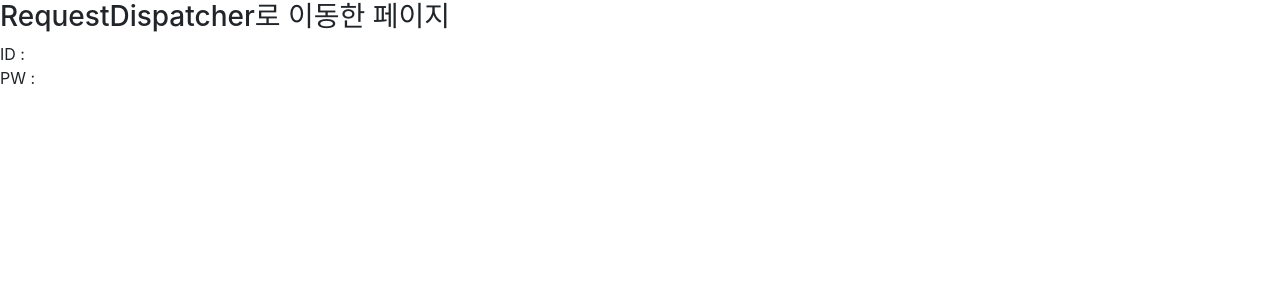
Repository: rasz60/ezen
Page: http://localhost/jsp_servlet_23_ex01/DEx
These files come from the project's save history. The page is drawn as it stood at one moment and after the next save; the edit follows.
The browser window is 1280 px wide. The pictures show the whole page.
Some web libraries are served in a nearby version. The page is served by Tomcat 9.

Above is the page before, as saved 2022-02-14 05:39:13.

### 04_jsp_servlet-workspace/jsp_servlet_23_ex01/src/main/webapp/dispatcherJSP.jsp
<%@ page language="java" contentType="text/html; charset=UTF-8"
    pageEncoding="UTF-8"%>
<%@ taglib prefix="c" uri="http://java.sun.com/jsp/jstl/core" %>
<%@ taglib prefix="fmt" uri="http://java.sun.com/jsp/jstl/fmt" %>
<%@ taglib prefix="sql" uri="http://java.sun.com/jsp/jstl/sql" %>
<%@ taglib prefix="x" uri="http://java.sun.com/jsp/jstl/xml" %>
<%@ taglib prefix="fn" uri="http://java.sun.com/jsp/jstl/functions" %>

<!DOCTYPE html>
<html lang="ko">
<head>
<meta charset="UTF-8">
<meta name="viewport" content="width=device-width, initial-scale=1">
<link rel="stylesheet" href="https://cdn.jsdelivr.net/npm/bootstrap@4.6.1/dist/css/bootstrap.min.css">
<link rel="stylesheet" href="https://pro.fontawesome.com/releases/v5.10.0/css/all.css"
	  integrity="sha384-AYmEC3Yw5cVb3ZcuHtOA93w35dYTsvhLPVnYs9eStHfGJvOvKxVfELGroGkvsg+p"
	  crossorigin="anonymous"/>
<script src="https://ajax.googleapis.com/ajax/libs/jquery/3.5.1/jquery.min.js"></script>
<script src="https://cdn.jsdelivr.net/npm/popper.js@1.16.1/dist/umd/popper.min.js"></script>
<script src="https://cdn.jsdelivr.net/npm/bootstrap@4.6.1/dist/js/bootstrap.bundle.min.js"></script>
<title>Request Dispatcher Foward 사용</title>
</head>

<body>

<h3>RequestDispatcher로 이동한 페이지</h3>
ID : ${request.getAttribute("id")}<br />
PW : ${request.getAttribute("pwd")}<br />
</body>
</html>

### 04_jsp_servlet-workspace/jsp_servlet_23_ex01/src/main/java/com/wvwv/ch26_ex01/DispatcherEx.java
package com.wvwv.ch26_ex01;

import java.io.IOException;

import javax.servlet.RequestDispatcher;
import javax.servlet.ServletException;
import javax.servlet.annotation.WebServlet;
import javax.servlet.http.HttpServlet;
import javax.servlet.http.HttpServletRequest;
import javax.servlet.http.HttpServletResponse;

/**
 * Servlet implementation class DispatcherEx
 */
@WebServlet("/DEx")
public class DispatcherEx extends HttpServlet {
	private static final long serialVersionUID = 1L;

    /**
     * @see HttpServlet#HttpServlet()
     */
    public DispatcherEx() {
        super();
    }

	/**
	 * @see HttpServlet#doGet(HttpServletRequest request, HttpServletResponse response)
	 */
	protected void doGet(HttpServletRequest request, HttpServletResponse response) throws ServletException, IOException {
		System.out.println("doGet()");
		actionDo(request, response);
	}

	/**
	 * @see HttpServlet#doPost(HttpServletRequest request, HttpServletResponse response)
	 */
	protected void doPost(HttpServletRequest request, HttpServletResponse response) throws ServletException, IOException {
		doGet(request, response);
	}

	protected void actionDo(HttpServletRequest request, HttpServletResponse response) throws ServletException, IOException {
		System.out.println("actionDo()");
		request.setAttribute("id", "abcde");
		request.setAttribute("pwd", "12345");

		// RequestDispatcher 객체에 이동할 페이지의 url를 입력
		RequestDispatcher dispatcher = request.getRequestDispatcher("/dispatcherJSP.jsp");

		// getRequestDispatcher()로 지정한 url로 request, response 객체 값을 가지고 이동하기 때문에, 이동한 페이지에서 추가한 속성을(setAttribute()) 사용할 수 있다.
		dispatcher.forward(request, response);
	}

}

After the next save:
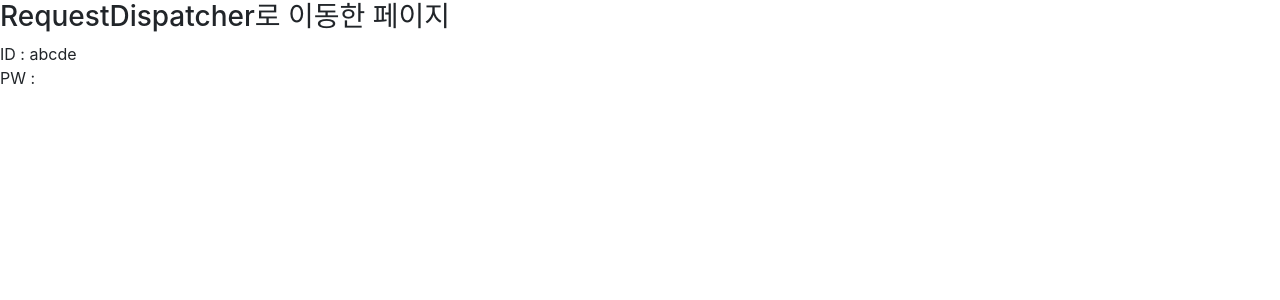
Saved 22 s later.
--- a/04_jsp_servlet-workspace/jsp_servlet_23_ex01/src/main/webapp/dispatcherJSP.jsp
+++ b/04_jsp_servlet-workspace/jsp_servlet_23_ex01/src/main/webapp/dispatcherJSP.jsp
@@ -24,7 +24,7 @@
 <body>
 
 <h3>RequestDispatcher로 이동한 페이지</h3>
-ID : ${request.getAttribute("id")}<br />
+ID : <%= request.getAttribute("id")%><br />
 PW : ${request.getAttribute("pwd")}<br />
 </body>
 </html>
